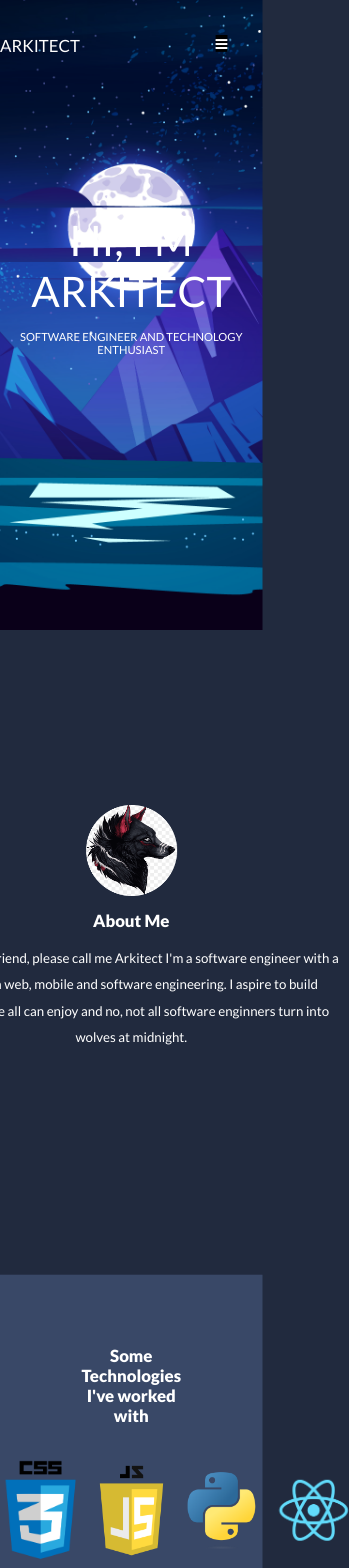
Repository: Arkitecth/personal-site
Page: index.html
These files come from the project's save history. The page is drawn as it stood at one moment and after the next save; the edit follows.
The browser window is 375 px wide. The page is 498 px wide, so the pictures cover 498 px, including what lies to the right of the window. The pictures show the part of the page from y = 0 to 2240 px (the page is 3454 px tall), at 70% of full size.

Above is the page before, as saved 2023-08-19 13:43:34.

After the next save:
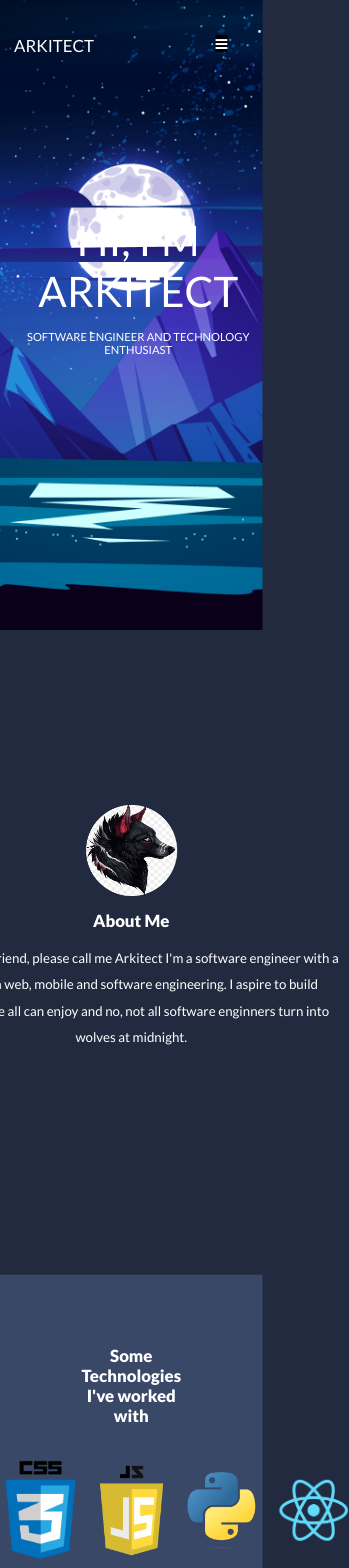
Saved 31 s later.
--- a/styles.css
+++ b/styles.css
@@ -219,6 +219,9 @@
         display: none;
       }
 
+      #title {
+        padding-left: 20px;
+      }
       a.icon {
         display: block;
         background: black;
